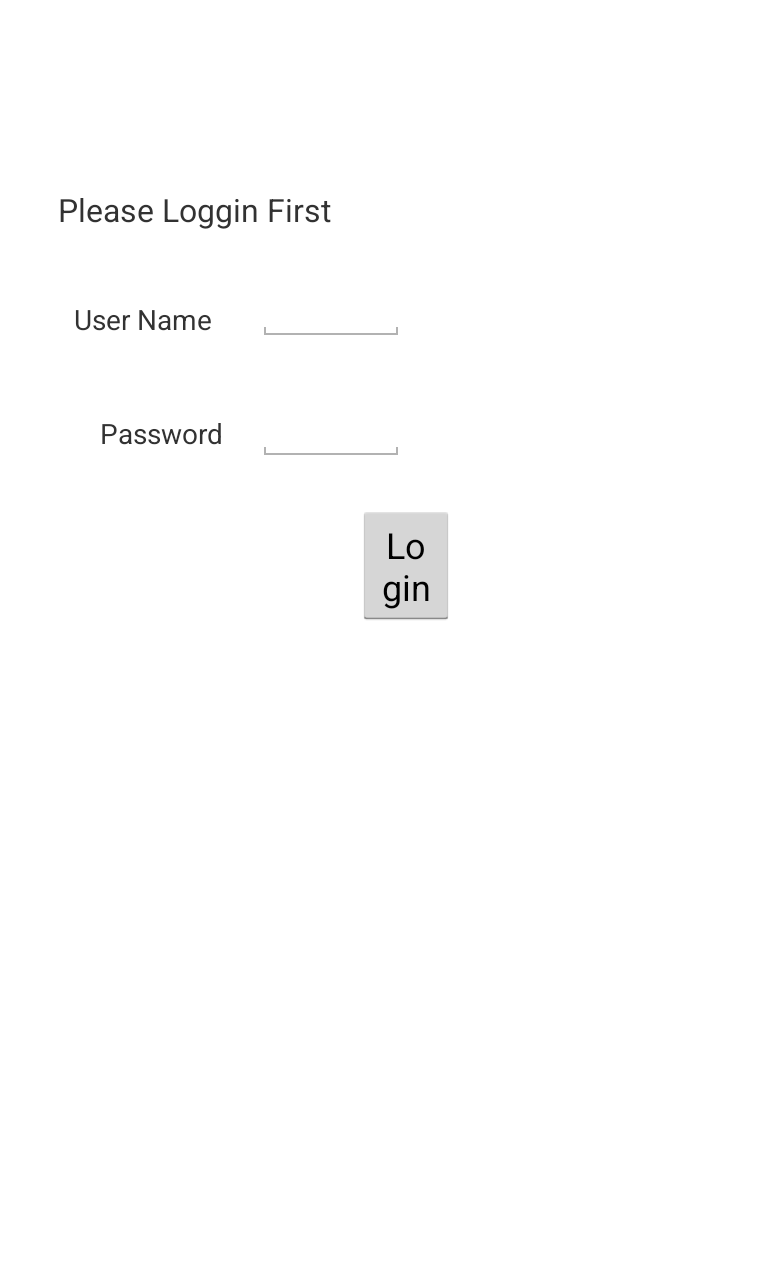
Repository: fedecarossino/seriesHook
Layout: SeriesHook/res/layout/main.xml
These files come from the project's save history. The layout is drawn as it stood at one moment and after the next save; the edit follows.
It is drawn on a 768 x 1280 px phone screen (xhdpi) without system bars, with theme AppTheme; the app's code is not run.

Above is the layout before, as saved 2013-05-16 03:55:30.

After the next save:
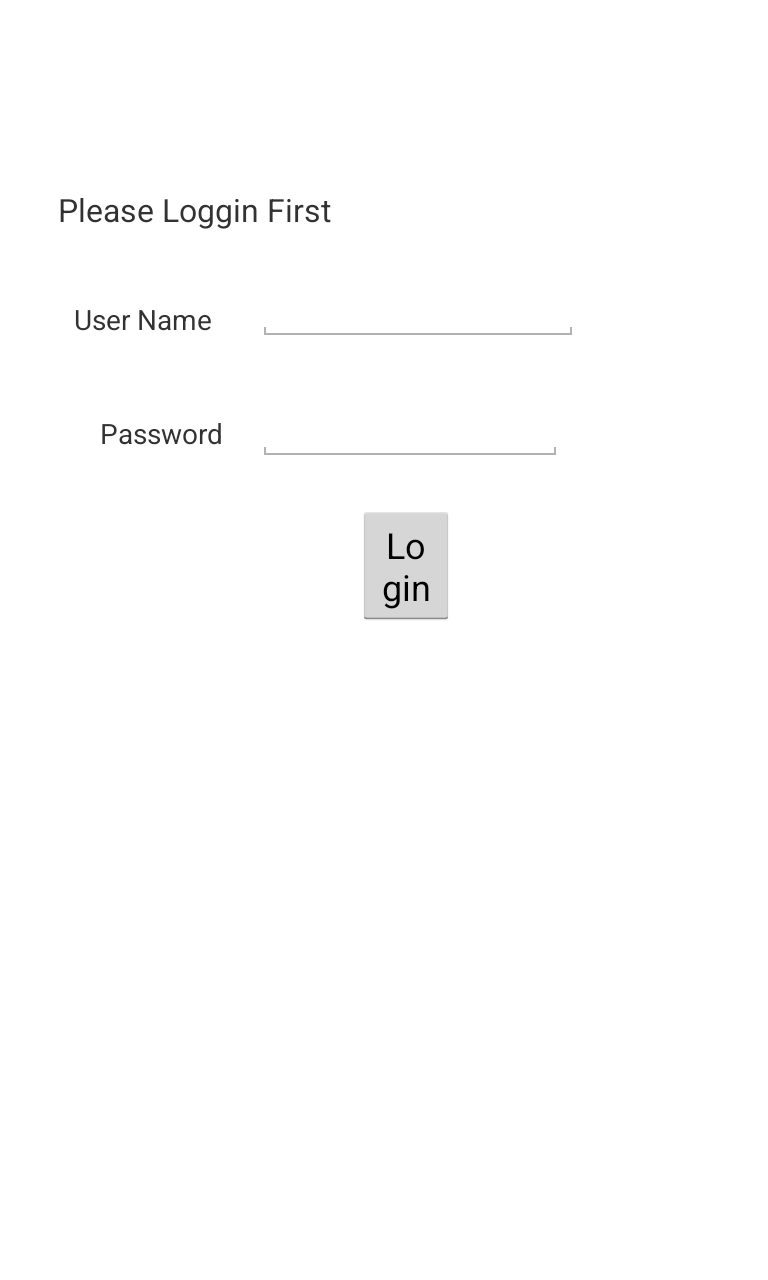
Saved 5 min 19 s later.
--- a/SeriesHook/res/layout/main.xml
+++ b/SeriesHook/res/layout/main.xml
@@ -4,8 +4,25 @@ android:layout_width="fill_parent"
 android:layout_height="fill_parent"
 xmlns:android="http://schemas.android.com/apk/res/android"
 >
-<EditText android:layout_width="150px" android:layout_height="wrap_content" android:textSize="18sp" android:id="@+id/txt_username" android:layout_y="132dip" android:layout_x="128dip"></EditText>
-<EditText android:layout_width="150px" android:layout_height="wrap_content" android:textSize="18sp" android:password="true" android:id="@+id/txt_password" android:layout_x="128dip" android:layout_y="192dip"></EditText>
+
+<EditText
+    android:id="@+id/txt_username"
+    android:layout_width="162dp"
+    android:layout_height="wrap_content"
+    android:layout_x="128dip"
+    android:layout_y="132dip"
+    android:textSize="18sp" >
+</EditText>
+
+<EditText
+    android:id="@+id/txt_password"
+    android:layout_width="154dp"
+    android:layout_height="wrap_content"
+    android:layout_x="128dip"
+    android:layout_y="192dip"
+    android:password="true"
+    android:textSize="18sp" >
+</EditText>
 <Button android:layout_width="100px" android:layout_height="wrap_content" android:id="@+id/btn_login" android:layout_x="178dip" android:layout_y="252dip" android:text="Login"></Button>
 <TextView android:layout_width="wrap_content" android:layout_height="wrap_content" android:id="@+id/lbl_username" android:text="User Name" android:layout_x="37dip" android:layout_y="150dip"></TextView>
 <TextView android:layout_width="wrap_content" android:layout_height="wrap_content" android:id="@+id/lbl_password" android:text="Password" android:layout_y="207dip" android:layout_x="50dip"></TextView>
